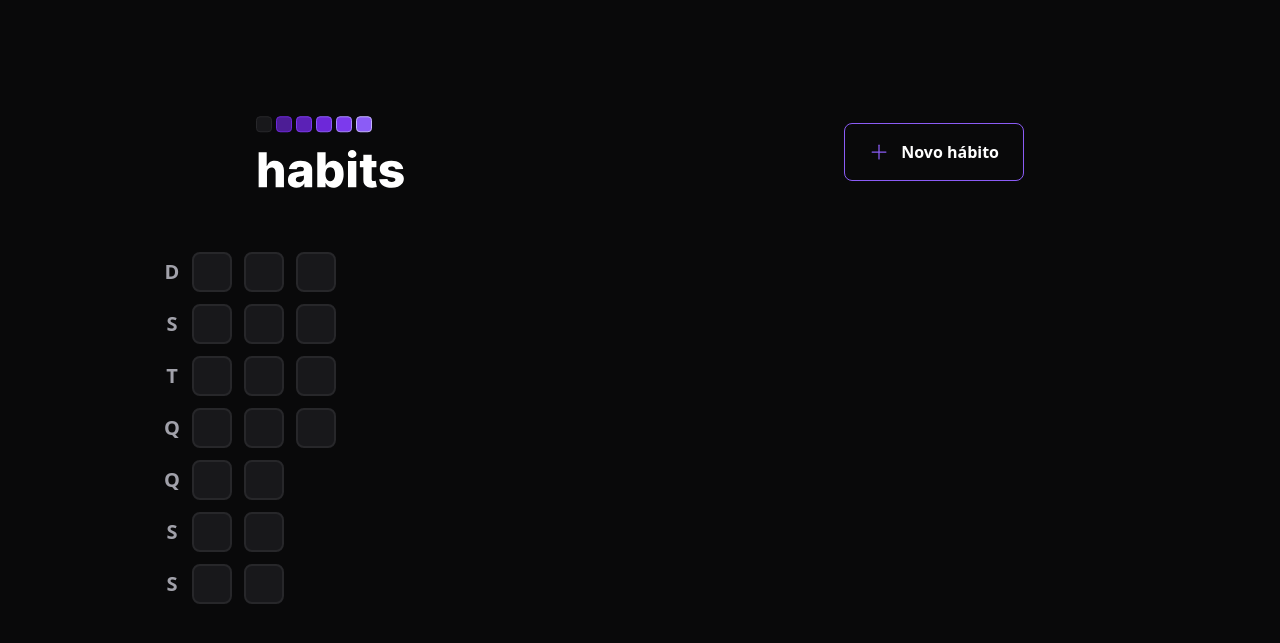
Repository: LuizAGDomingues/Habits-application
Page: /
The author's editor kept a copy of each file at every save. The page is drawn from the files as they stood at one save, then again after a run of saves.
The browser window is 1280 px wide. The pictures show the whole page.
The project was rebuilt for these pictures with package versions that can differ from the ones it lists, and the page was loaded fresh each time. Also part of the build but not shown: vite.config.ts.

Above is the page before, as saved 2023-01-18 16:34:05.

After the next 2 saves:
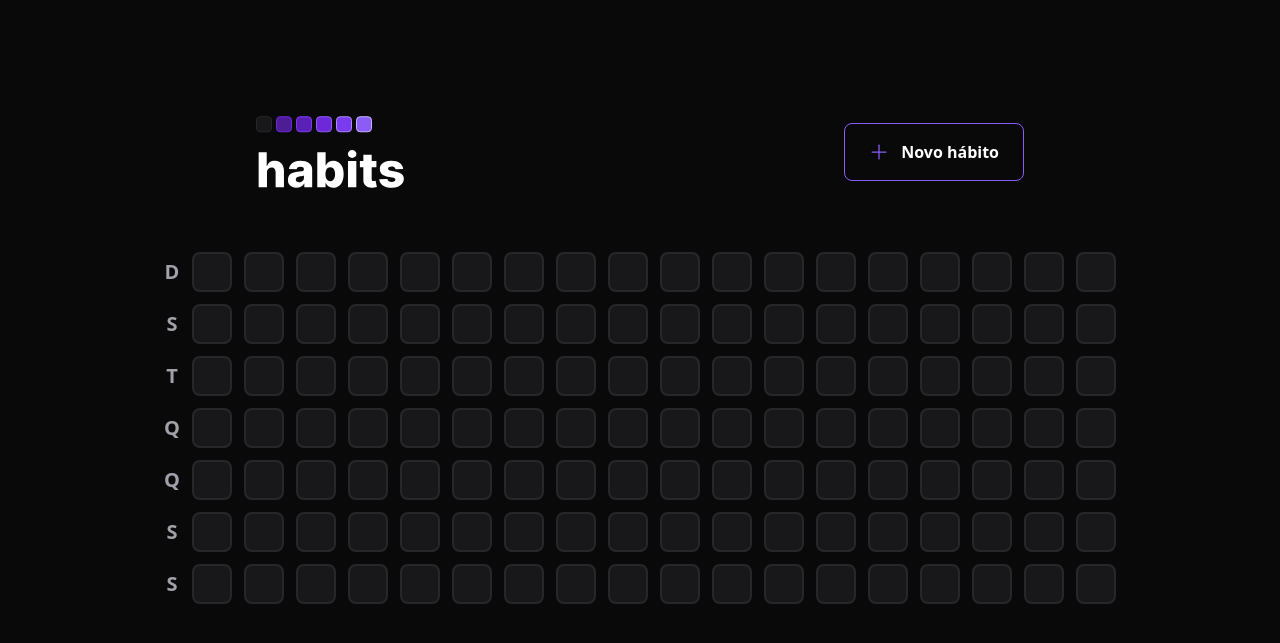
The 2 saves are shown as one change because they came seconds apart.
The last was saved 16 s later.
--- a/src/components/SummaryTable.tsx
+++ b/src/components/SummaryTable.tsx
@@ -26,7 +26,9 @@
         })}
 
         {amountOfDaysToFill > 0 && Array.from({ length: amountOfDaysToFill }).map(() => {
-          return
+          return (
+            <div className="w-10 h-10 bg-zinc-900 border-2 border-zinc-800 rounded-lg"></div>
+          )
         })}
       </div>
     </div>

After the 4 saves that followed:
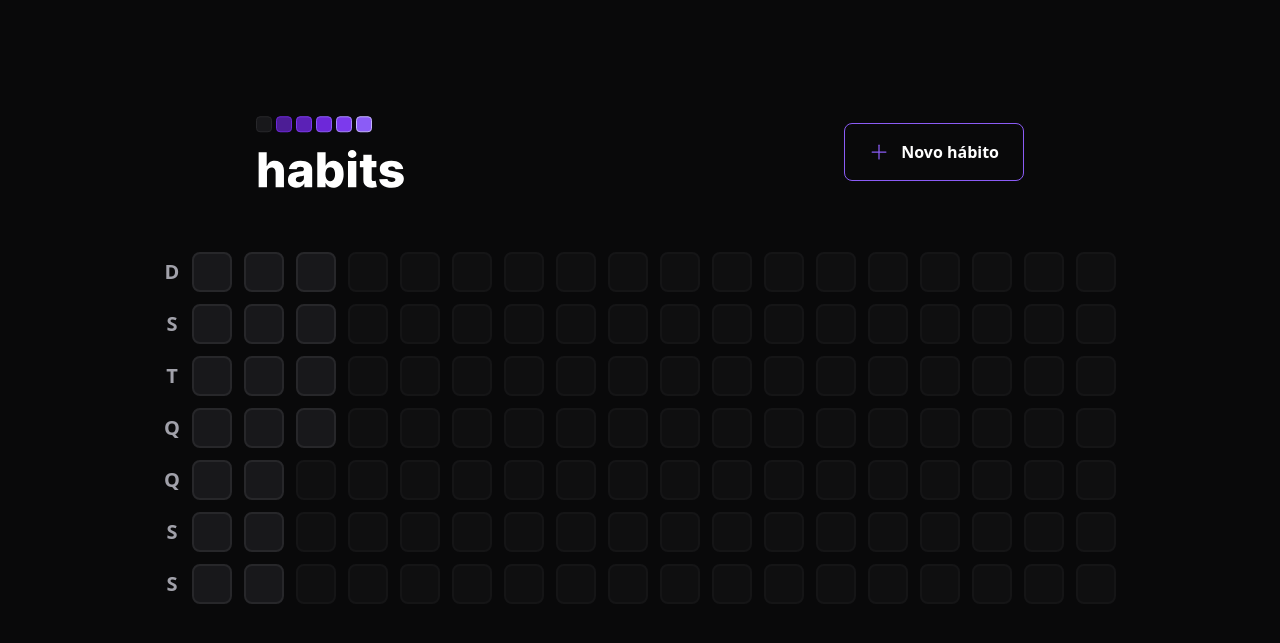
The 4 saves are shown as one change because they came seconds apart.
The last was saved 12 s later.
--- a/src/components/SummaryTable.tsx
+++ b/src/components/SummaryTable.tsx
@@ -27,7 +27,7 @@
 
         {amountOfDaysToFill > 0 && Array.from({ length: amountOfDaysToFill }).map(() => {
           return (
-            <div className="w-10 h-10 bg-zinc-900 border-2 border-zinc-800 rounded-lg"></div>
+            <div className="w-10 h-10 bg-zinc-900 border-2 border-zinc-800 rounded-lg opacity-40 cursor-not-allowed"></div>
           )
         })}
       </div>
